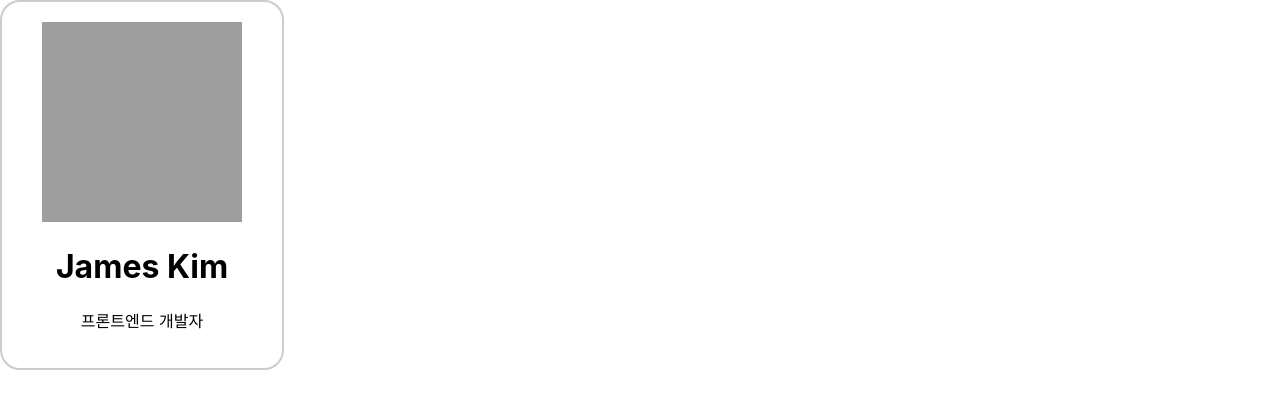
Repository: dnjfht/css-example
Page: /
These files come from the project's save history. The page is drawn as it stood at one moment and after the next save; the edit follows.
The browser window is 1280 px wide. The pictures show the whole page.
Pictures or frames that could not be fetched are drawn as grey boxes. The project was rebuilt for these pictures with package versions that can differ from the ones it lists, and the page was loaded fresh each time. Also part of the build but not shown: src/App.css.

Above is the page before, as saved 2023-05-09 09:03:42.

### src/App.js
import "./App.css";
import Profile from "./components/Profile";

function App() {
  const name = "승민";
  const list = ["우유", "딸기", "바나나"];

  return (
    <>
      <Profile />
    </>
  );
}

export default App;

### src/components/Profile.jsx
import React from "react";

export default function Profile() {
  return (
    <div
      style={{
        width: 240,
        padding: 20,
        textAlign: "center",
        border: "2px solid #ccc",
        borderRadius: 20,
      }}
    >
      <img
        style={{ width: 200, height: 200, objectFit: "cover" }}
        src="https://images.unsplash.com/photo-1618641986557-1ecd230959aa?ixlib=rb-4.0.3&ixid=MnwxMjA3fDB8MHxwaG90by1wYWdlfHx8fGVufDB8fHx8&auto=format&fit=crop&w=687&q=80"
        alt="profileImg"
      />
      <h1>James Kim</h1>
      <p>프론트엔드 개발자</p>
    </div>
  );
}

Loaded but not shown: public/index.html (common file); src/index.js (common file); src/index.css (common file); src/reportWebVitals.js (common file)

After the next save:
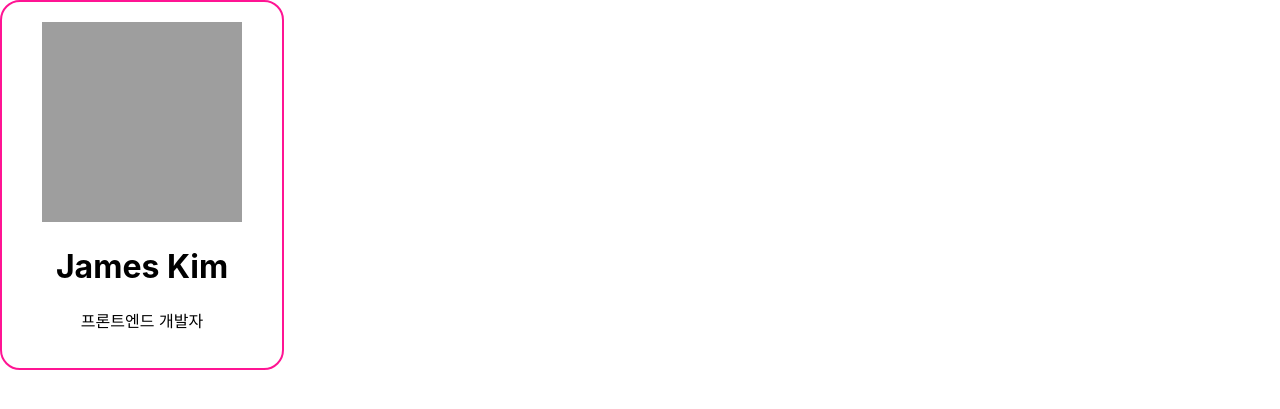
Saved 7 s later.
--- a/src/components/Profile.jsx
+++ b/src/components/Profile.jsx
@@ -7,7 +7,7 @@ export default function Profile() {
         width: 240,
         padding: 20,
         textAlign: "center",
-        border: "2px solid #ccc",
+        border: "2px solid deeppink",
         borderRadius: 20,
       }}
     >
